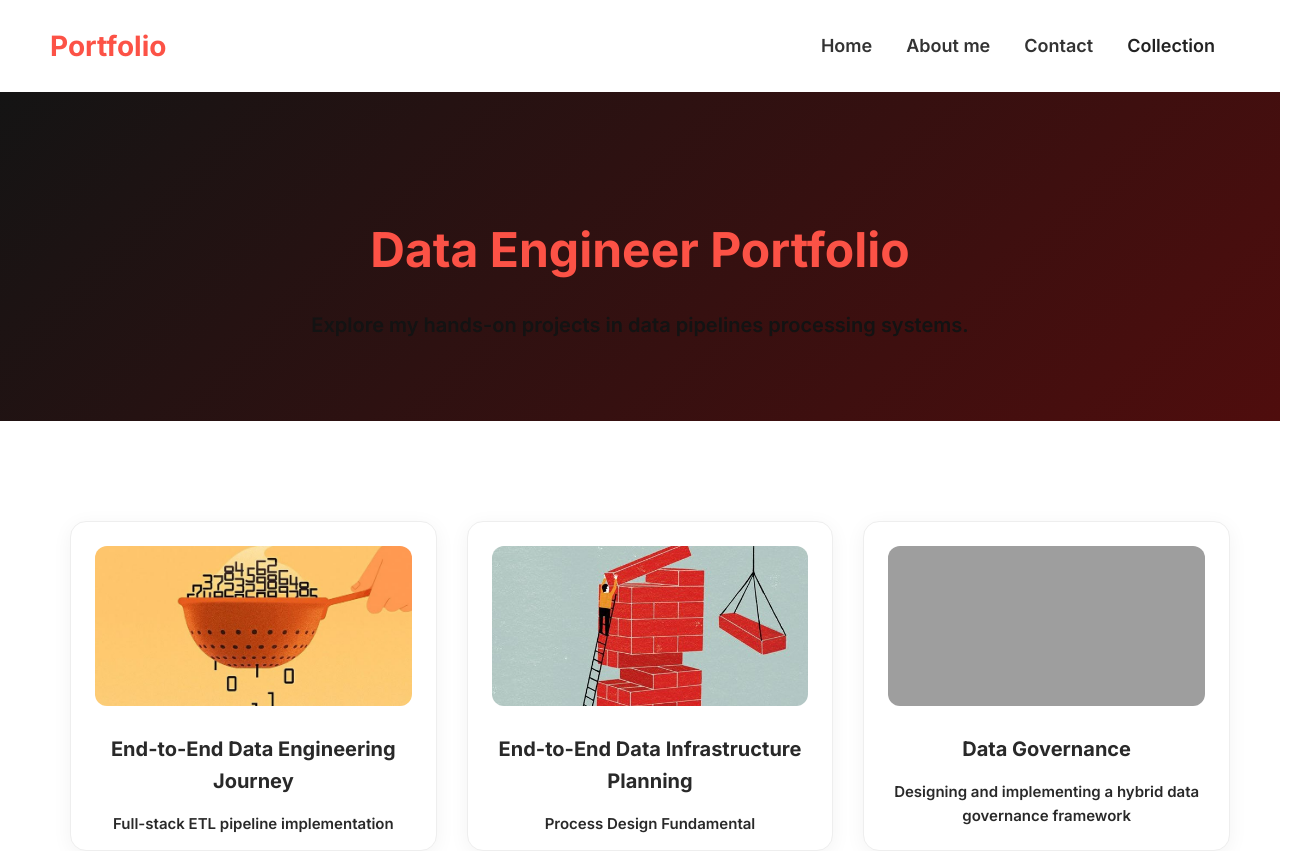
Repository: Wipas1919/Archive-portfolio
Page: projects/data-engineer.html
An editor plug-in stored every save of this project. The page is shown before and after the next save, followed by the edit.
The browser window is 1280 px wide. The page is 1300 px wide, so the pictures cover 1300 px, including what lies to the right of the window. The pictures show the whole page.
Pictures or frames that could not be fetched are drawn as grey boxes.

Above is the page before, as saved 2025-06-01 21:01:25.

After the next save:
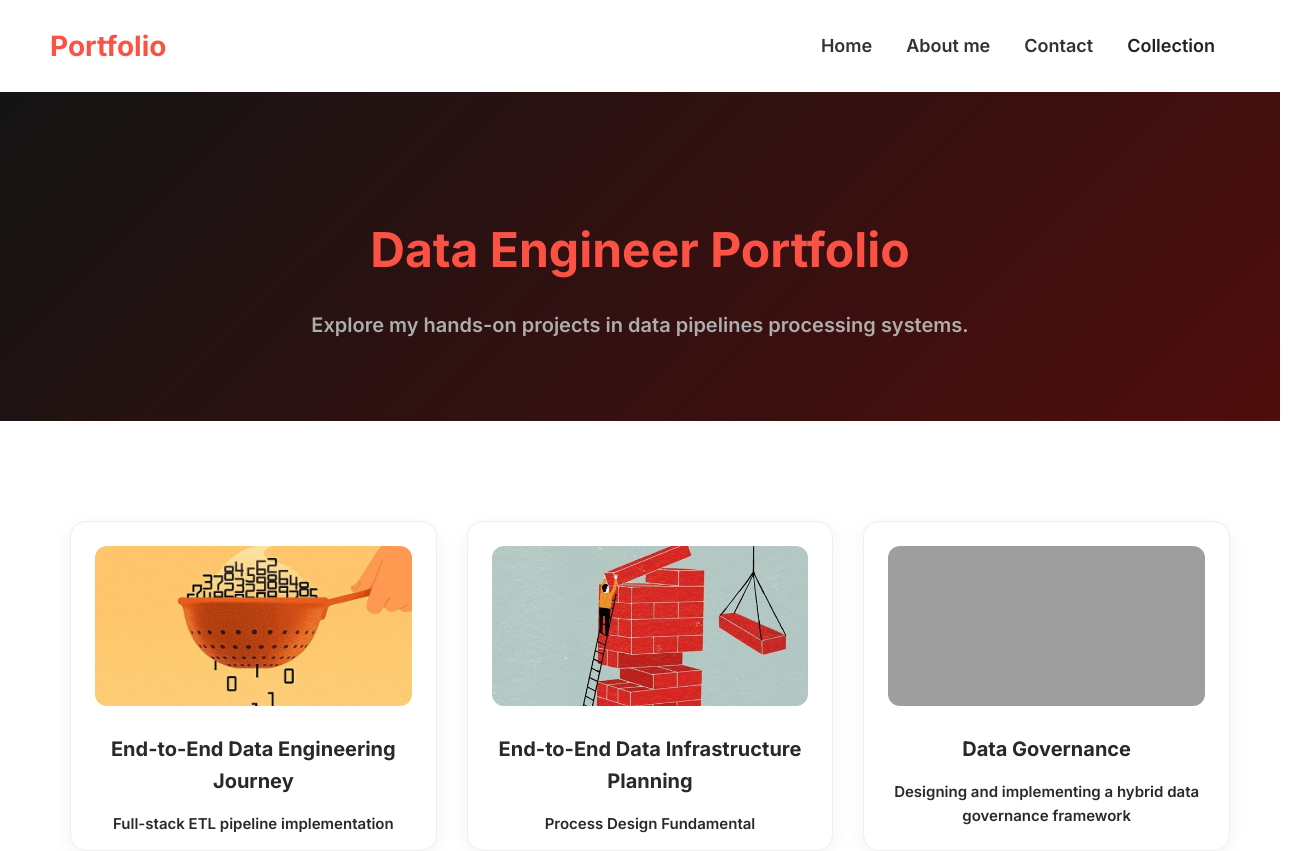
Saved 14 s later.
--- a/projects/data-engineer.html
+++ b/projects/data-engineer.html
@@ -23,7 +23,7 @@
     }
     .cover p {
       font-size: 20px;
-      color: #131313;
+      color: #adadad;
       max-width: 700px;
       margin: 0 auto;
     }
